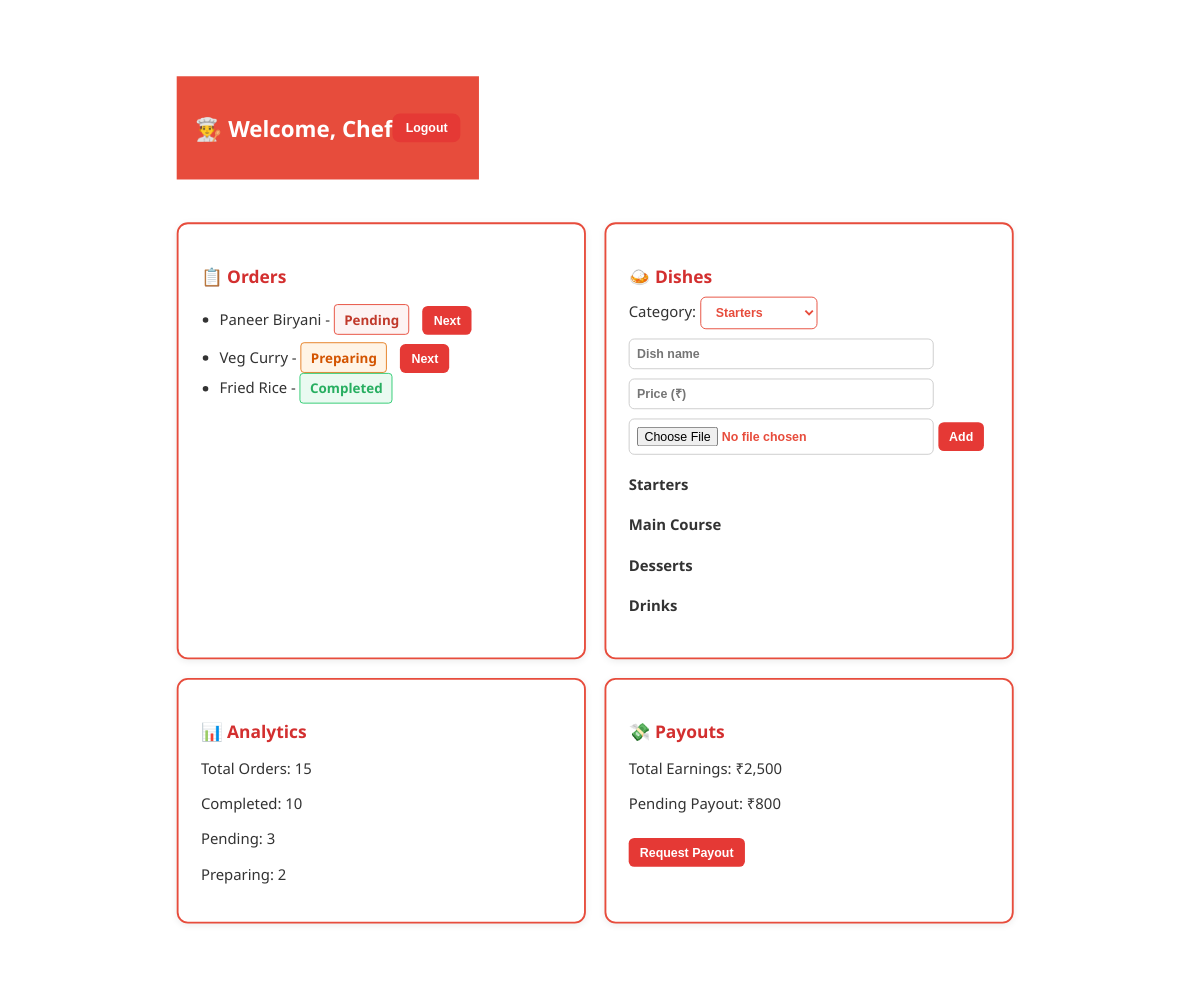
Repository: 1Siri7/chef
Page: dashboard.html
These files come from the project's save history. The page is drawn as it stood at one moment and after the next save; the edit follows.
The browser window is 1280 px wide. The pictures show the whole page, at 93% of full size.

Above is the page before, as saved 2025-08-01 21:44:07.
Console error: TypeError: Cannot read properties of null (reading 'addEventListener')

After the next save:
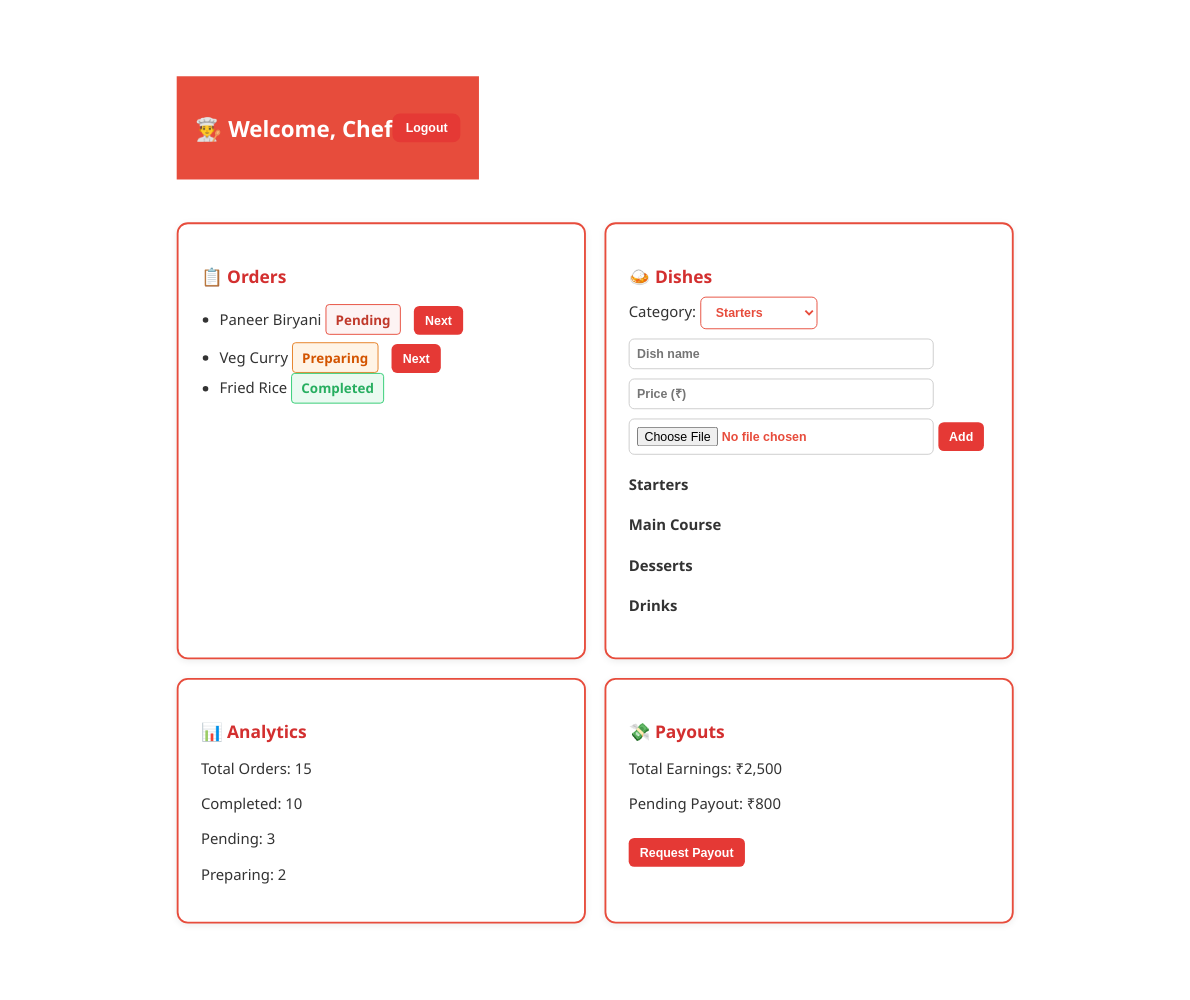
Saved 4 min 20 s later.
--- a/dashboard.html
+++ b/dashboard.html
@@ -16,14 +16,27 @@
     <section class="dashboard">
       <!-- Orders Section -->
       <!-- Orders Section -->
+<!-- Orders Section -->
 <div class="card orders">
   <h3>📋 Orders</h3>
   <ul id="orderList">
-    <li>Paneer Biryani - <span class="status pending">Pending</span> <button onclick="updateOrderStatus(this)">Next</button></li>
-    <li>Veg Curry - <span class="status preparing">Preparing</span> <button onclick="updateOrderStatus(this)">Next</button></li>
-    <li>Fried Rice - <span class="status completed">Completed</span></li>
+    <li class="order-item">
+      <span class="dish-name">Paneer Biryani</span>
+      <span class="status pending">Pending</span>
+      <button onclick="updateOrderStatus(this)">Next</button>
+    </li>
+    <li class="order-item">
+      <span class="dish-name">Veg Curry</span>
+      <span class="status preparing">Preparing</span>
+      <button onclick="updateOrderStatus(this)">Next</button>
+    </li>
+    <li class="order-item">
+      <span class="dish-name">Fried Rice</span>
+      <span class="status completed">Completed</span>
+    </li>
   </ul>
 </div>
+
 
 <!-- Dishes Section -->
 <div class="card menu">
